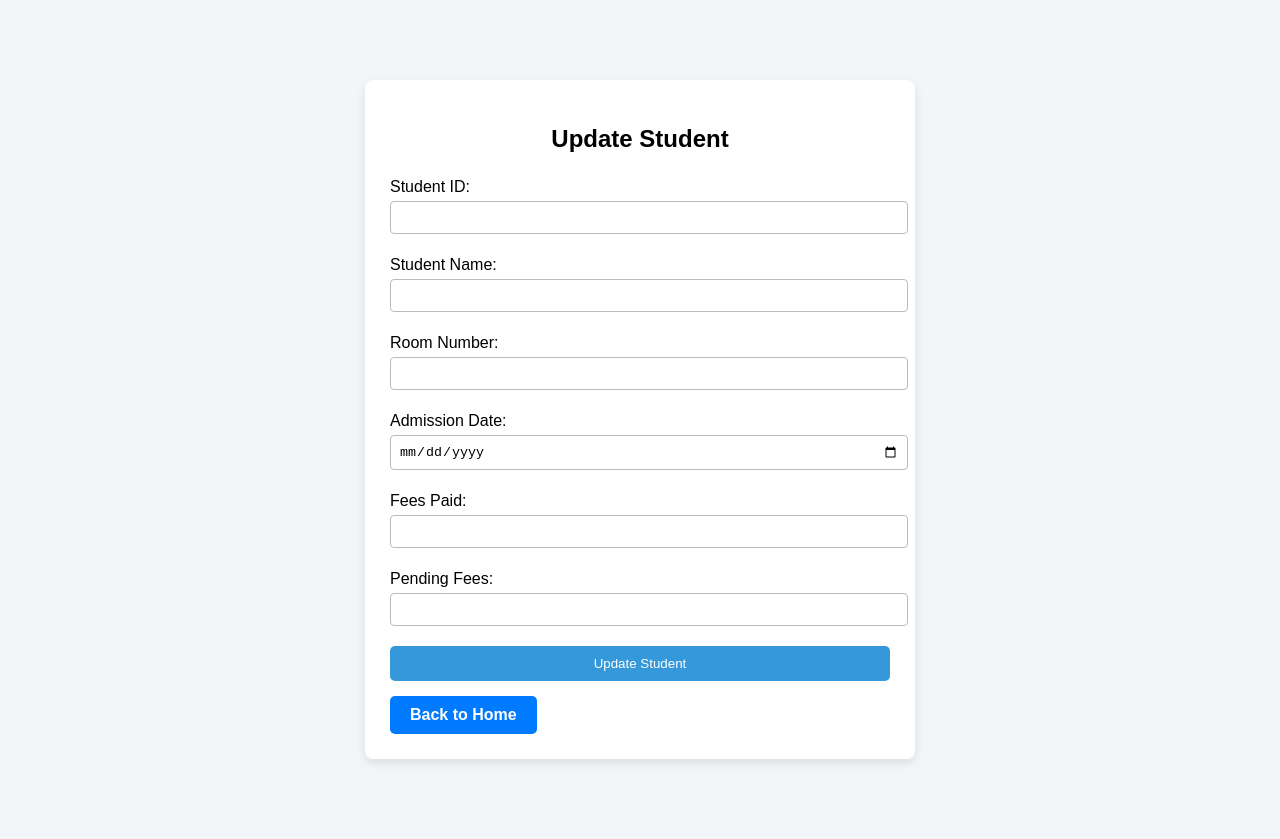
Repository: Adhyashetty-bit/Hostel-Management-System
Page: http://localhost/HostelWebApp/studentupdate.jsp
An editor plug-in stored every save of this project. The page is shown before and after the next save, followed by the edit.
The browser window is 1280 px wide. The pictures show the whole page.
The page is served by Tomcat 9.

Above is the page before, as saved 2025-05-28 06:22:13.

After the next save:
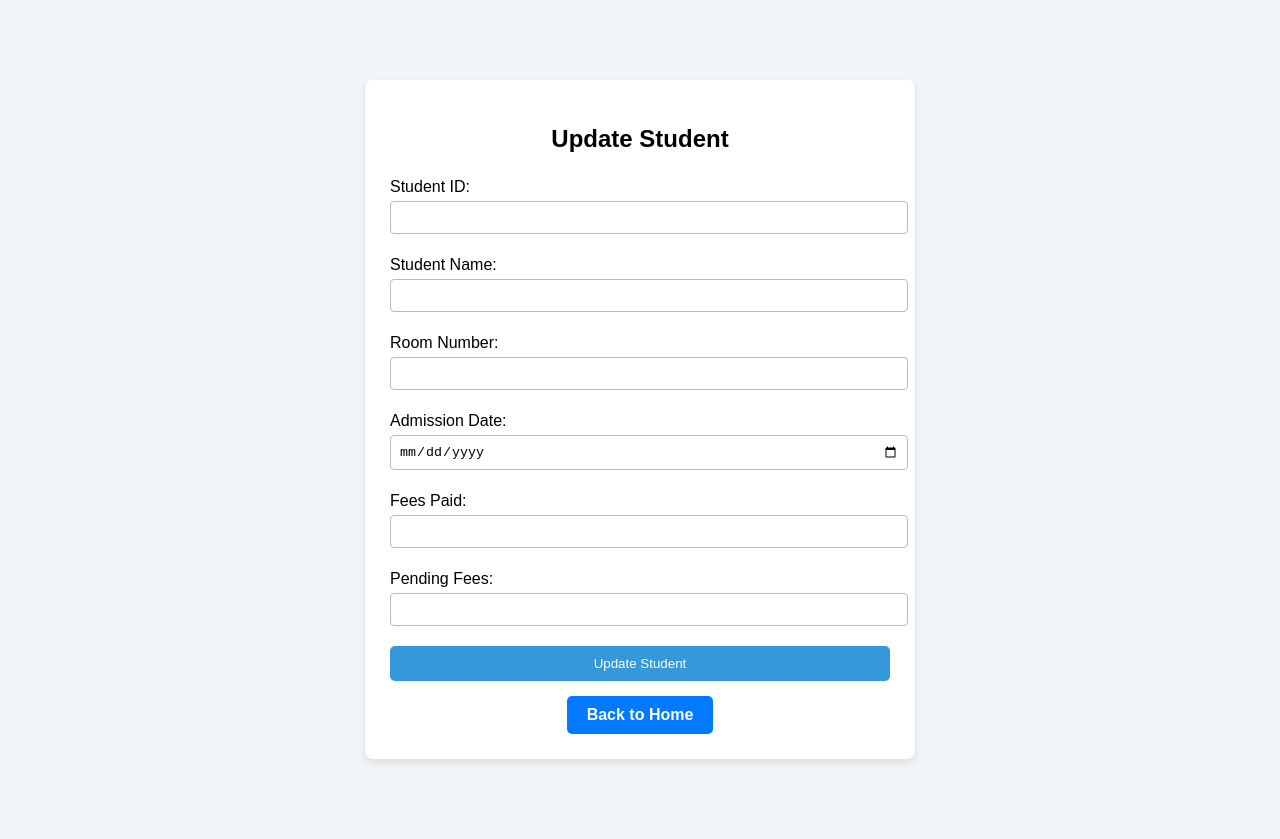
Saved 21 s later.
--- a/HostelWebApp/src/main/webapp/studentupdate.jsp
+++ b/HostelWebApp/src/main/webapp/studentupdate.jsp
@@ -96,7 +96,10 @@
             }
         %>
     </div>
-    <a href="index.jsp" style="display:inline-block; padding:10px 20px; background-color:#007bff; color:white; text-decoration:none; border-radius:5px; font-size:16px; font-weight:bold; align-items:center; justify-content: center;">Back to Home</a>
+   <div style="display: flex; justify-content: center; align-items: center;">
+  <a href="index.jsp" style="display:inline-block; padding:10px 20px; background-color:#007bff; color:white; text-decoration:none; border-radius:5px; font-size:16px; font-weight:bold;">Back to Home</a>
+</div>
+
 
 </div>
 </body>
